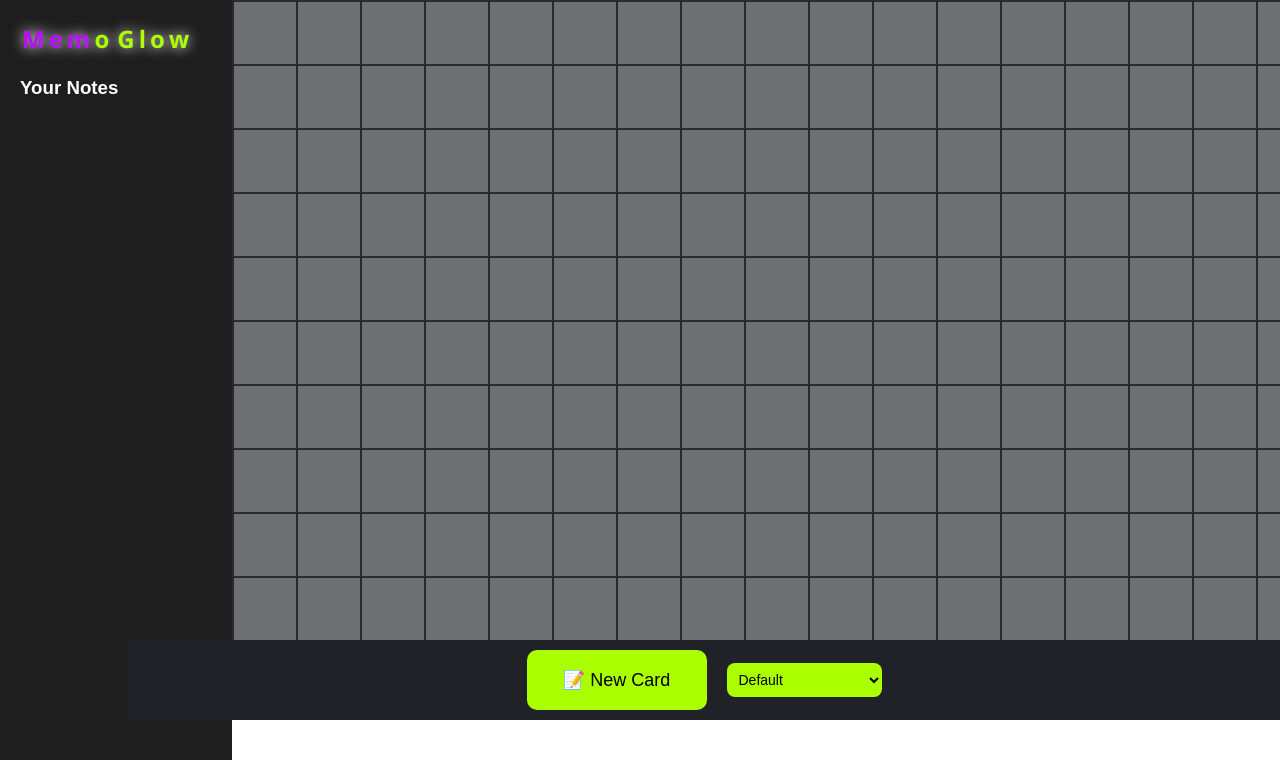
Repository: ErvinClay13/Memo-Glow
Page: index.html
These files come from the project's save history. The page is drawn as it stood at one moment and after a run of saves; the edit follows.
The browser window is 1280 px wide. The pictures show the whole page.

Above is the page before, as saved 2025-03-29 01:25:30.

### index.html
<!DOCTYPE html>
<html lang="en">
<head>
  <meta charset="UTF-8" />
  <meta name="viewport" content="width=device-width, initial-scale=1.0"/>
  <title>Memo Glow</title>
  <link rel="stylesheet" href="style.css" />
</head>
<body>

  <!-- Sidebar -->
  <div id="sidebar">
    <div id="appTitle">
      <span>M</span><span>e</span><span>m</span><span>o</span>
      <span> </span>
      <span>G</span><span>l</span><span>o</span><span>w</span>
    </div>

    <h3>Your Notes</h3>
    <ol id="noteList"></ol>
  </div>

  <!-- Main Area -->
  <div id="container"></div>

  <!-- Footer -->
  <div class="footer">
    <button id="addCardBtn">📝 New Card</button>
    <select id="fontSelector">
      <option value="'Segoe UI', sans-serif">Default</option>
      <option value="'Courier New', monospace">Courier</option>
      <option value="'Times New Roman', serif">Times New Roman</option>
      <option value="Arial, sans-serif">Arial</option>
      <option value="'Comic Sans MS', cursive">Comic Sans</option>
      <option value="'Roboto', sans-serif">Roboto</option>
    </select>
  </div>

  <script src="script.js"></script>
</body>
</html>

### style.css
body {
    margin: 0;
    padding: 0;
    font-family: sans-serif;
    height: 100vh;
    display: flex;
    overflow: hidden;
  }

  #sidebar {
    width: 15%;
    min-width: 150px;
    background-color: #1e1e1e;
    color: white;
    padding: 20px;
    height: 100vh;
    overflow-y: auto;
  }

  #appTitle {
    font-size: 24px;
    font-weight: bold;
    margin-bottom: 20px;
    display: flex;
    flex-wrap: wrap;
  }

  #appTitle span {
    padding: 2px;
    animation: glow 2s infinite alternate;
    font-family: 'Segoe UI', Tahoma, Geneva, Verdana, sans-serif;
  }

  @keyframes glow {
    0%   { text-shadow: 0 0 5px #fff; }
    100% { text-shadow: 0 0 15px #fff; }
  }

  #appTitle span:nth-child(1) { color: #bb0dfa; }
  #appTitle span:nth-child(2) { color: #bb0dfa; }
  #appTitle span:nth-child(3) { color: #bb0dfa; }
  #appTitle span:nth-child(4) { color: #aaff00; }
  #appTitle span:nth-child(5) { color: transparent; }
  #appTitle span:nth-child(6) { color: #aaff00; }
  #appTitle span:nth-child(7) { color: #aaff00; }
  #appTitle span:nth-child(8) { color: #aaff00; }
  #appTitle span:nth-child(9) { color: #aaff00; }

  #noteList {
    list-style: decimal inside;
    padding-left: 0;
  }

  .note-item {
    display: flex;
    justify-content: space-between;
    align-items: center;
    margin: 6px 0;
    background-color: #333;
    padding: 6px;
    border-radius: 5px;
    font-size: 14px;
  }

  .note-input {
    flex: 1;
    padding: 4px;
    font-size: 14px;
    border: none;
    border-radius: 4px;
    margin-right: 6px;
  }

  .note-save {
    background: none;
    border: none;
    font-size: 16px;
    cursor: pointer;
    margin-right: 4px;
  }

  .note-delete {
    background: none;
    border: none;
    font-size: 16px;
    cursor: pointer;
    transition: transform 0.2s;
  }

  .note-delete:hover {
    transform: scale(1.2);
  }

  #container {
    flex: 1;
    background-color: #212228a5;
    background-image: linear-gradient(#292a30 0.1em, transparent 0.1em),
                      linear-gradient(90deg, #292a30 0.1em, transparent 0.1em);
    background-size: 4em 4em;
    position: relative;
    overflow: hidden;
  }

  .card {
    width: 300px;
    height: 300px;
    border-radius: 5px;
    position: absolute;
    display: flex;
    flex-direction: column;
    justify-content: center;
    align-items: center;
    padding: 20px;
    font-size: 16px;
    text-align: center;
    cursor: pointer;
    transition: transform 0.2s, box-shadow 0.2s;
    overflow: hidden;
    word-wrap: break-word;
    overflow-wrap: break-word;
    text-overflow: ellipsis;
  }

  .card p {
    margin: 0;
    word-break: break-word;
    max-height: 100%;
    overflow-y: auto;
    padding: 10px;
  }

  .card p::-webkit-scrollbar {
    width: 6px;
  }
  .card p::-webkit-scrollbar-thumb {
    background-color: rgba(255,255,255,0.4);
    border-radius: 4px;
  }


  .timestamp {
    font-size: 12px;
    color: #444;
    margin-top: auto;
    padding-top: 10px;
    text-align: center;
    width: 100%;
  }



  .close-btn {
    position: absolute;
    top: 10px;
    right: 10px;
    background-color: black;
    color: white;
    border: none;
    border-radius: 50%;
    width: 25px;
    height: 25px;
    font-size: 14px;
    cursor: pointer;
    opacity: 0.7;
  }

  .footer {
    position: fixed;
    bottom: 0;
    left: 10%;
    width: 90%;
    height: 80px;
    background-color: #212228;
    display: flex;
    justify-content: center;
    align-items: center;
    z-index: 100;
    gap: 20px;
  }

  #addCardBtn {
    height: 60px;
    width: 180px;
    background-color: #aaff00;
    color: black;
    font-size: 18px;
    border: none;
    border-radius: 10px;
    cursor: pointer;
  }

  #addCardBtn:hover {
    color: #bb0dfa;
    font-size: 20px;
  }

  #fontSelector {
    padding: 8px;
    font-size: 14px;
    border-radius: 8px;
    border: none;
    background-color: #333;
    color: white;
    font-family: inherit;
  }

  /* Pulse animation */
  @keyframes pulse {
    0% { transform: scale(1); }
    50% { transform: scale(1.05); }
    100% { transform: scale(1); }
  }

  .pulse {
    animation: pulse 0.6s ease-in-out infinite;
    z-index: 999;
  }

  #fontSelector {
    background-color: #aaff00;
    color: black;
  }

  #fontSelector:hover {
    /* color: #bb0dfa; */
    font-size: 14.5px;
  }

### script.js
document.addEventListener("DOMContentLoaded", () => {
    let cardCount = 0;
    let currentFont = "'Segoe UI', sans-serif";
    const container = document.getElementById('container');
    const addCardBtn = document.getElementById('addCardBtn');
    const noteList = document.getElementById('noteList');
    const fontSelector = document.getElementById('fontSelector');

    const colors = [
      '#ccff00', '#bb0dfa', '#0095ff', '#ff00ea',
      '#ffa500', '#00ffaa', '#ff5555', '#aaff00'
    ];

    fontSelector.addEventListener("change", () => {
      currentFont = fontSelector.value;
    });

    addCardBtn.addEventListener("click", () => {
      const userText = prompt("Enter your card text:");
      if (!userText) return;

      const cardColor = colors[cardCount % colors.length];

      const card = document.createElement("div");
      card.classList.add("card");
      card.style.backgroundColor = cardColor;
      card.style.boxShadow = `10px 10px 40px ${cardColor}`;
      card.style.top = `${100 + cardCount * 20}px`;
      card.style.left = `${180 + cardCount * 30}px`;
      card.style.fontFamily = currentFont;

      const para = document.createElement("p");
      para.innerText = userText;
      para.style.fontFamily = currentFont;
      card.appendChild(para);

      // Add date/time stamp
      const dateDiv = document.createElement("div");
      const now = new Date();
      dateDiv.innerText = now.toLocaleString("en-US", {
        dateStyle: "medium",
        timeStyle: "short"
      });
      dateDiv.classList.add("timestamp");
      card.appendChild(dateDiv);

      const closeBtn = document.createElement("button");
      closeBtn.innerText = "✕";
      closeBtn.classList.add("close-btn");

      const listItem = document.createElement("li");
      listItem.classList.add("note-item");

      const input = document.createElement("input");
      input.type = "text";
      input.value = userText;
      input.classList.add("note-input");
      input.style.fontFamily = currentFont;

      const saveBtn = document.createElement("button");
      saveBtn.innerText = "💾";
      saveBtn.classList.add("note-save");
      saveBtn.style.color = cardColor;

      const deleteNoteBtn = document.createElement("button");
      deleteNoteBtn.classList.add("note-delete");
      deleteNoteBtn.innerText = "✕";
      deleteNoteBtn.style.color = cardColor;

      const deleteBoth = () => {
        container.removeChild(card);
        noteList.removeChild(listItem);
      };

      const saveText = () => {
        para.innerText = input.value;
      };

      closeBtn.addEventListener("click", deleteBoth);
      deleteNoteBtn.addEventListener("click", deleteBoth);
      saveBtn.addEventListener("click", saveText);

      listItem.addEventListener("mouseenter", () => {
        card.classList.add("pulse");
      });

      listItem.addEventListener("mouseleave", () => {
        card.classList.remove("pulse");
      });

      card.addEventListener("click", () => {
        document.querySelectorAll(".note-input").forEach(input => {
          input.style.backgroundColor = "";
        });
        input.style.backgroundColor = "#ccc";
      });

      card.sidebarInput = input;
      input.relatedCard = card;

      listItem.appendChild(input);
      listItem.appendChild(saveBtn);
      listItem.appendChild(deleteNoteBtn);
      noteList.appendChild(listItem);

      card.appendChild(closeBtn);
      container.appendChild(card);
      cardCount++;

      makeDraggable(card);
    });

    function makeDraggable(card) {
      let offsetX = 0, offsetY = 0, isDragging = false;

      card.addEventListener("mousedown", (e) => {
        isDragging = true;
        offsetX = e.clientX - card.offsetLeft;
        offsetY = e.clientY - card.offsetTop;

        const onMouseMove = (e) => {
          if (!isDragging) return;
          card.style.left = `${e.clientX - offsetX}px`;
          card.style.top = `${e.clientY - offsetY}px`;
        };

        const onMouseUp = () => {
          isDragging = false;
          document.removeEventListener("mousemove", onMouseMove);
          document.removeEventListener("mouseup", onMouseUp);
        };

        document.addEventListener("mousemove", onMouseMove);
        document.addEventListener("mouseup", onMouseUp);
      });
    }
  });

After the next 3 saves:
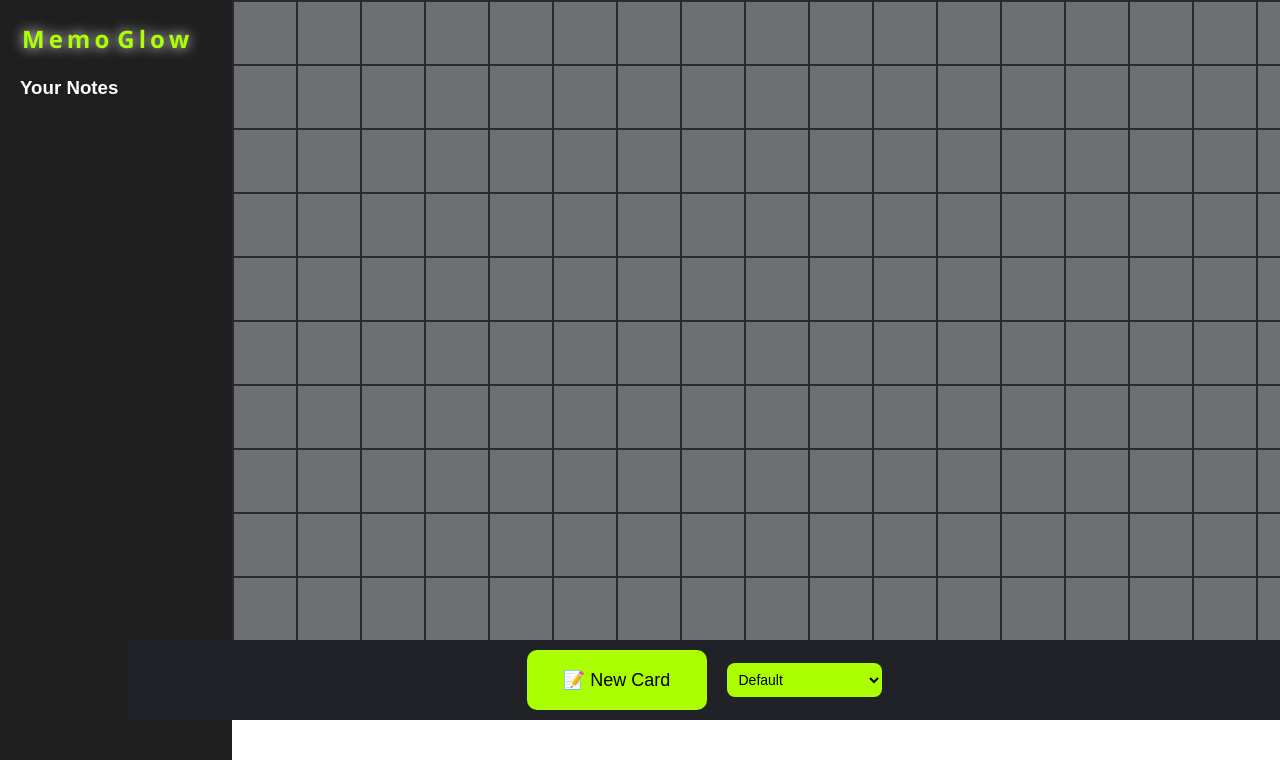
The 3 saves are shown as one change because they came seconds apart.
The last was saved 11 s later.
--- a/style.css
+++ b/style.css
@@ -36,9 +36,9 @@
     100% { text-shadow: 0 0 15px #fff; }
   }
 
-  #appTitle span:nth-child(1) { color: #bb0dfa; }
-  #appTitle span:nth-child(2) { color: #bb0dfa; }
-  #appTitle span:nth-child(3) { color: #bb0dfa; }
+  #appTitle span:nth-child(1) { color: #aaff00; }
+  #appTitle span:nth-child(2) { color: #aaff00; }
+  #appTitle span:nth-child(3) { color: #aaff00; }
   #appTitle span:nth-child(4) { color: #aaff00; }
   #appTitle span:nth-child(5) { color: transparent; }
   #appTitle span:nth-child(6) { color: #aaff00; }
